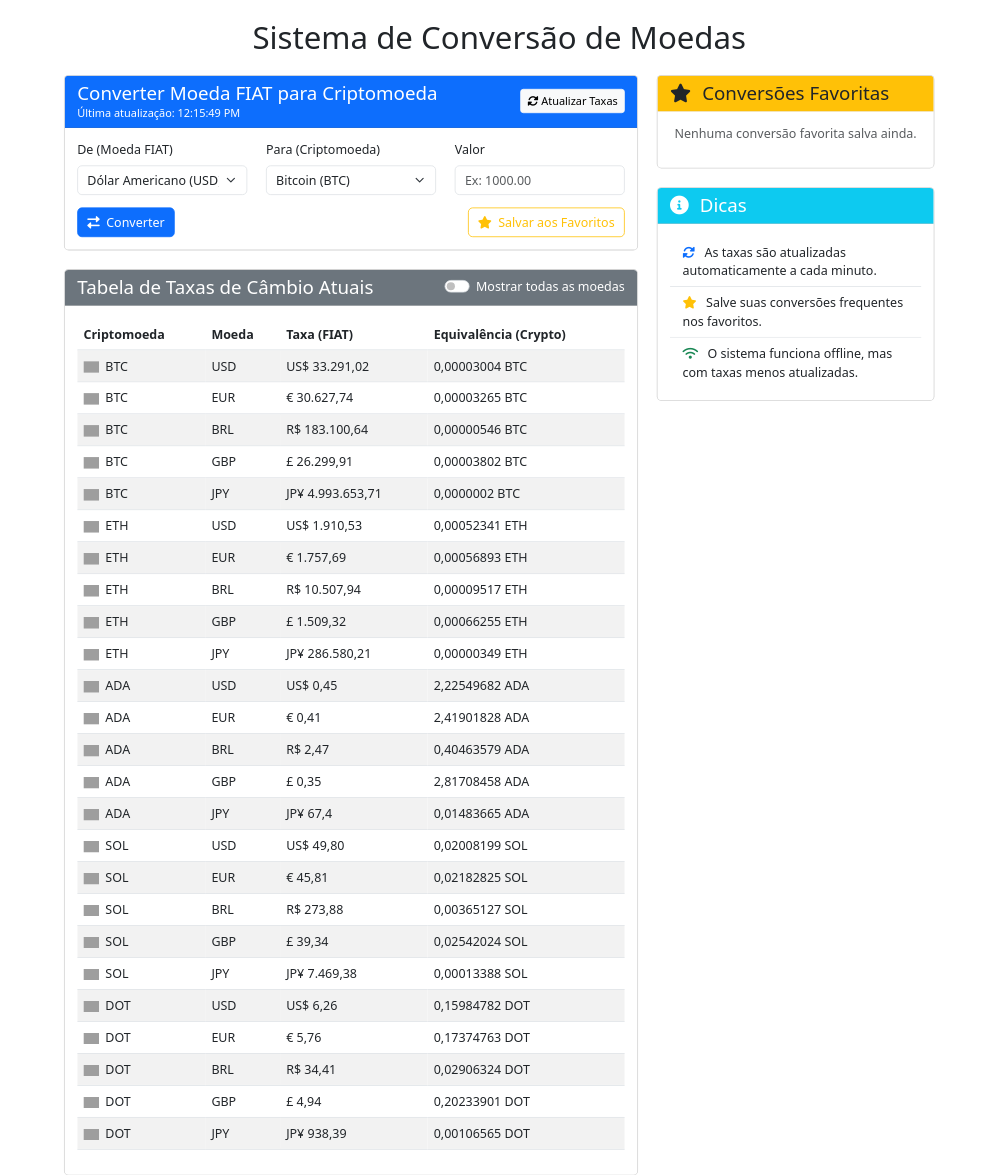
Repository: victorvilanova/crypto-convert-system
Page: index.html
These files come from the project's save history. The page is drawn as it stood at one moment and after the next save; the edit follows.
The browser window is 1280 px wide. The pictures show the whole page, at 78% of full size.
Pictures or frames that could not be fetched are drawn as grey boxes.

Above is the page before, as saved 2025-04-10 22:06:17.

### index.html
<!DOCTYPE html>
<html lang="pt-br">
  <head>
    <meta charset="UTF-8" />
    <meta name="viewport" content="width=device-width, initial-scale=1.0" />
    <title>Sistema de Conversão FIAT para Criptomoedas</title>
    <link
      href="https://cdn.jsdelivr.net/npm/bootstrap@5.3.0/dist/css/bootstrap.min.css"
      rel="stylesheet"
    />
    <link
      rel="stylesheet"
      href="https://cdnjs.cloudflare.com/ajax/libs/font-awesome/6.0.0-beta3/css/all.min.css"
    />
    <link rel="stylesheet" href="assets/css/style.css" />
  </head>
  <body>
    <div
      id="offlineAlert"
      class="alert alert-warning sticky-top"
      style="display: none"
    >
      <strong>Você está offline!</strong> Os dados de taxas podem estar
      desatualizados.
    </div>

    <div class="container mt-4">
      <div class="row">
        <div class="col-md-12">
          <h1 class="text-center mb-4">Sistema de Conversão de Moedas</h1>

          <!-- Área de mensagens temporárias -->
          <div id="message" class="mb-3" style="display: none"></div>

          <div class="row">
            <!-- Coluna principal -->
            <div class="col-lg-8">
              <!-- Conversor -->
              <div class="card mb-4">
                <div
                  class="card-header bg-primary text-white d-flex justify-content-between align-items-center"
                >
                  <div>
                    <h2 class="h4 mb-0">
                      Converter Moeda FIAT para Criptomoeda
                    </h2>
                    <div class="small">
                      Última atualização: <span id="lastUpdate">--:--:--</span>
                    </div>
                  </div>
                  <button id="forceUpdateBtn" class="btn btn-sm btn-light">
                    <i class="fas fa-sync-alt"></i> Atualizar Taxas
                  </button>
                </div>
                <div class="card-body">
                  <form id="converterForm">
                    <div class="row mb-3">
                      <div class="col-md-4">
                        <label for="fromCurrency" class="form-label"
                          >De (Moeda FIAT)</label
                        >
                        <select id="fromCurrency" class="form-select" required>
                          <!-- Opções serão preenchidas pelo JavaScript -->
                        </select>
                      </div>
                      <div class="col-md-4">
                        <label for="toCrypto" class="form-label"
                          >Para (Criptomoeda)</label
                        >
                        <select id="toCrypto" class="form-select" required>
                          <!-- Opções serão preenchidas pelo JavaScript -->
                        </select>
                      </div>
                      <div class="col-md-4">
                        <label for="amount" class="form-label">Valor</label>
                        <input
                          type="number"
                          id="amount"
                          class="form-control"
                          step="0.01"
                          min="0.01"
                          required
                          placeholder="Ex: 1000.00"
                        />
                      </div>
                    </div>
                    <div class="d-flex justify-content-between">
                      <button
                        type="button"
                        id="convertBtn"
                        class="btn btn-primary"
                      >
                        <i class="fas fa-exchange-alt me-1"></i> Converter
                      </button>
                      <button
                        type="button"
                        id="addFavoriteBtn"
                        class="btn btn-outline-warning"
                      >
                        <i class="fas fa-star me-1"></i> Salvar aos Favoritos
                      </button>
                    </div>
                  </form>

                  <div
                    id="loading"
                    class="text-center my-3"
                    style="display: none"
                  >
                    <div class="spinner-border text-primary" role="status">
                      <span class="visually-hidden">Carregando...</span>
                    </div>
                    <p class="mt-2">Processando, aguarde...</p>
                  </div>

                  <div id="result" class="mt-3" style="display: none">
                    <!-- Resultado será exibido aqui pelo JavaScript -->
                  </div>

                  <div id="error" class="mt-3" style="display: none">
                    <!-- Erros serão exibidos aqui pelo JavaScript -->
                  </div>
                </div>
              </div>

              <!-- Tabela de Taxas de Câmbio -->
              <div class="card">
                <div
                  class="card-header bg-secondary text-white d-flex justify-content-between align-items-center"
                >
                  <h2 class="h4 mb-0">Tabela de Taxas de Câmbio Atuais</h2>
                  <div class="form-check form-switch text-white">
                    <input
                      class="form-check-input"
                      type="checkbox"
                      id="showAllCurrencies"
                    />
                    <label class="form-check-label" for="showAllCurrencies"
                      >Mostrar todas as moedas</label
                    >
                  </div>
                </div>
                <div class="card-body">
                  <div class="table-responsive">
                    <table class="table table-striped table-hover">
                      <thead>
                        <tr>
                          <th>Criptomoeda</th>
                          <th>Moeda</th>
                          <th>Taxa (FIAT)</th>
                          <th>Equivalência (Crypto)</th>
                        </tr>
                      </thead>
                      <tbody id="ratesTableBody">
                        <!-- Taxas serão preenchidas pelo JavaScript -->
                      </tbody>
                    </table>
                  </div>
                </div>
              </div>
            </div>

            <!-- Coluna lateral -->
            <div class="col-lg-4">
              <!-- Favoritos -->
              <div class="card mb-4">
                <div class="card-header bg-warning text-dark">
                  <h2 class="h4 mb-0">
                    <i class="fas fa-star me-2"></i> Conversões Favoritas
                  </h2>
                </div>
                <div class="card-body">
                  <div id="favoritesContainer">
                    <!-- Favoritos serão preenchidos pelo JavaScript -->
                  </div>
                </div>
              </div>

              <!-- Dicas -->
              <div class="card">
                <div class="card-header bg-info text-white">
                  <h2 class="h4 mb-0">
                    <i class="fas fa-info-circle me-2"></i> Dicas
                  </h2>
                </div>
                <div class="card-body">
                  <ul class="list-group list-group-flush">
                    <li class="list-group-item">
                      <i class="fas fa-sync-alt text-primary me-2"></i>
                      As taxas são atualizadas automaticamente a cada minuto.
                    </li>
                    <li class="list-group-item">
                      <i class="fas fa-star text-warning me-2"></i>
                      Salve suas conversões frequentes nos favoritos.
                    </li>
                    <li class="list-group-item">
                      <i class="fas fa-wifi text-success me-2"></i>
                      O sistema funciona offline, mas com taxas menos
                      atualizadas.
                    </li>
                  </ul>
                </div>
              </div>
            </div>
          </div>
        </div>
      </div>
    </div>

    <!-- Importando o ponto de entrada da aplicação como um módulo ES6 -->
    <script type="module" src="assets/js/app.js"></script>
  </body>
</html>

### assets/js/services/ratesService.js
/**
 * ratesService.js
 * Serviço responsável por gerenciar as taxas de câmbio
 */

// Simulated rates - in a real application these would come from an API
let cryptoRates = {
    USD: {
        BTC: 35000,   // 1 BTC = $35,000 USD
        ETH: 2000,    // 1 ETH = $2,000 USD
        ADA: 0.45,    // 1 ADA = $0.45 USD
        SOL: 50,      // 1 SOL = $50 USD
        DOT: 6        // 1 DOT = $6 USD
    }
};

// Exchange rates for other currencies relative to USD
const fiatExchangeRates = {
    EUR: 0.92,        // 1 USD = 0.92 EUR
    BRL: 5.50,        // 1 USD = 5.50 BRL
    GBP: 0.79,        // 1 USD = 0.79 GBP
    JPY: 150          // 1 USD = 150 JPY
};

/**
 * Calcula as taxas para todas as moedas com base nas taxas em USD
 */
function calculateAllRates() {
    // Start with USD rates
    const usdRates = cryptoRates.USD;

    // For each fiat currency, calculate crypto rates based on USD
    Object.keys(fiatExchangeRates).forEach(fiatCurrency => {
        const fiatToUsdRate = fiatExchangeRates[fiatCurrency];
        cryptoRates[fiatCurrency] = {};

        // For each crypto, calculate its rate in this fiat currency
        Object.keys(usdRates).forEach(crypto => {
            const cryptoToUsdRate = usdRates[crypto];
            // Rate in fiat = Rate in USD * USD to Fiat rate
            cryptoRates[fiatCurrency][crypto] = cryptoToUsdRate * fiatToUsdRate;
        });
    });
}

/**
 * Atualiza as taxas de criptomoedas (simuladas ou de API)
 * @returns {Promise} Uma promise que resolve quando as taxas são atualizadas
 */
async function updateRates() {
    // Simulated API call
    return new Promise((resolve) => {
        setTimeout(() => {
            // Add some random variation to USD rates to simulate market changes (±5%)
            Object.keys(cryptoRates.USD).forEach(crypto => {
                const currentRate = cryptoRates.USD[crypto];
                const variation = (Math.random() * 0.1) - 0.05; // -5% to +5%
                cryptoRates.USD[crypto] = currentRate * (1 + variation);
            });

            // Recalculate rates for all currencies
            calculateAllRates();
            resolve(cryptoRates);
        }, 1000); // Simulate 1 second delay
    });
}

/**
 * Obtém as taxas atuais
 * @returns {Object} Objeto com as taxas de câmbio
 */
function getRates() {
    return cryptoRates;
}

/**
 * Converte uma quantidade de moeda FIAT para criptomoeda
 * @param {string} fromCurrency - Moeda FIAT de origem
 * @param {string} toCrypto - Criptomoeda de destino
 * @param {number} amount - Quantidade a converter
 * @returns {number} Resultado da conversão em criptomoeda
 */
function convertCurrency(fromCurrency, toCrypto, amount) {
    // Verificar se temos taxas para esta conversão
    if (!cryptoRates[fromCurrency] || !cryptoRates[fromCurrency][toCrypto]) {
        throw new Error(`Taxas não disponíveis para conversão de ${fromCurrency} para ${toCrypto}`);
    }

    // Taxa: quanto custa 1 unidade de criptomoeda em moeda FIAT
    const rate = cryptoRates[fromCurrency][toCrypto];

    // Resultado: quantidade em cripto = quantidade em FIAT / preço da cripto
    return amount / rate;
}

// Initialize rates when module is loaded
calculateAllRates();

// Export functions
export {
    updateRates,
    getRates,
    convertCurrency
};

### assets/js/ui/uiController.js
/**
 * uiController.js
 * Controlador responsável pela interface do usuário
 */

// DOM Elements for UI updates
const resultContainer = document.getElementById('result');
const errorContainer = document.getElementById('error');
const loadingContainer = document.getElementById('loading');
const ratesTableBody = document.getElementById('ratesTableBody');
const messageContainer = document.getElementById('message');

/**
 * Mostra a área de carregamento
 */
function showLoading() {
    loadingContainer.style.display = 'block';
    resultContainer.style.display = 'none';
    errorContainer.style.display = 'none';
}

/**
 * Esconde a área de carregamento
 */
function hideLoading() {
    loadingContainer.style.display = 'none';
}

/**
 * Exibe uma mensagem de erro
 * @param {string} message - Mensagem de erro a ser exibida
 */
function showError(message) {
    errorContainer.style.display = 'block';
    errorContainer.innerHTML = `<div class="alert alert-danger">${message}</div>`;
    resultContainer.style.display = 'none';
}

/**
 * Exibe o resultado da conversão
 * @param {string} fromCurrency - Moeda de origem
 * @param {string} toCrypto - Criptomoeda de destino
 * @param {number} amount - Quantidade a converter
 * @param {number} result - Resultado da conversão
 */
function displayResult(fromCurrency, toCrypto, amount, result) {
    resultContainer.style.display = 'block';
    errorContainer.style.display = 'none';

    const formattedAmount = amount.toLocaleString('pt-BR', { style: 'currency', currency: fromCurrency });
    const formattedResult = result.toLocaleString('pt-BR', { maximumFractionDigits: 8 });

    resultContainer.innerHTML = `
        <div class="alert alert-success">
            <h4 class="alert-heading">Resultado da Conversão</h4>
            <p class="mb-0">
                ${formattedAmount} = <strong>${formattedResult} ${toCrypto}</strong>
            </p>
            <hr>
            <p class="mb-0 small">
                Taxa de conversão: 1 ${toCrypto} = ${(amount / result).toLocaleString('pt-BR', {
                    style: 'currency',
                    currency: fromCurrency,
                    maximumFractionDigits: 2
                })}
            </p>
        </div>
    `;
}

/**
 * Mostra uma mensagem temporária ao usuário
 * @param {string} text - Texto a ser exibido
 * @param {string} type - Tipo da mensagem (success, danger, warning, info)
 * @param {number} duration - Duração em ms para a mensagem desaparecer (opcional)
 */
function showMessage(text, type = 'info', duration = 3000) {
    messageContainer.innerHTML = `<div class="alert alert-${type} alert-dismissible fade show" role="alert">
        ${text}
        <button type="button" class="btn-close" data-bs-dismiss="alert" aria-label="Close"></button>
    </div>`;
    messageContainer.style.display = 'block';

    if (duration) {
        setTimeout(() => {
            messageContainer.style.display = 'none';
        }, duration);
    }
}

/**
 * Atualiza a tabela de taxas na UI
 * @param {Object} rates - Objeto com as taxas de câmbio
 * @param {boolean} showAll - Se deve mostrar todas as moedas ou apenas as principais
 */
function updateUIWithRates(rates, showAll = false) {
    ratesTableBody.innerHTML = '';

    // Filtrar as moedas principais se não estiver mostrando todas
    let currenciesToShow = Object.keys(rates);
    const mainCurrencies = ['USD', 'EUR', 'BRL', 'GBP', 'JPY'];

    if (!showAll) {
        currenciesToShow = currenciesToShow.filter(currency =>
            mainCurrencies.includes(currency));
    }

    // Criar as linhas da tabela
    const cryptoCurrencies = ['BTC', 'ETH', 'ADA', 'SOL', 'DOT'];

    cryptoCurrencies.forEach(crypto => {
        currenciesToShow.forEach(currency => {
            if (rates[currency] && rates[currency][crypto]) {
                const rate = rates[currency][crypto];
                const tr = document.createElement('tr');

                // Calcular equivalência (quanto de crypto equivale a 1 unidade de moeda)
                const equivalence = 1 / rate;

                tr.innerHTML = `
                    <td><img src="assets/images/crypto/${crypto.toLowerCase()}.png" alt="${crypto}" width="20" class="me-2">${crypto}</td>
                    <td>${currency}</td>
                    <td>${rate.toLocaleString('pt-BR', {
                        style: 'currency',
                        currency: currency,
                        maximumFractionDigits: 2
                    })}</td>
                    <td>${equivalence.toLocaleString('pt-BR', {
                        maximumFractionDigits: 8
                    })} ${crypto}</td>
                `;
                ratesTableBody.appendChild(tr);
            }
        });
    });
}

export {
    showLoading,
    hideLoading,
    showError,
    displayResult,
    showMessage,
    updateUIWithRates
};

### assets/js/storage/favoritesManager.js
/**
 * favoritesManager.js
 * Gerencia o armazenamento e exibição de conversões favoritas
 */
import { convertCurrency } from '../services/ratesService.js';

// DOM Element
const favoritesContainer = document.getElementById('favoritesContainer');

// Local Storage key
const FAVORITES_STORAGE_KEY = 'crypto_favorites';

/**
 * Salva uma conversão favorita
 * @param {string} fromCurrency - Moeda FIAT de origem
 * @param {string} toCrypto - Criptomoeda de destino
 * @param {number} amount - Quantidade a converter
 */
function saveFavorite(fromCurrency, toCrypto, amount) {
    const favorites = loadFavorites();

    // Create favorite object
    const favorite = {
        id: Date.now(), // Use timestamp as unique ID
        fromCurrency,
        toCrypto,
        amount,
        createdAt: new Date().toISOString()
    };

    // Add to favorites array
    favorites.push(favorite);

    // Save to localStorage
    localStorage.setItem(FAVORITES_STORAGE_KEY, JSON.stringify(favorites));

    return favorite;
}

/**
 * Carrega as conversões favoritas do localStorage
 * @returns {Array} Array com as conversões favoritas
 */
function loadFavorites() {
    const favoritesJson = localStorage.getItem(FAVORITES_STORAGE_KEY);
    return favoritesJson ? JSON.parse(favoritesJson) : [];
}

/**
 * Remove uma conversão favorita
 * @param {number} id - ID da conversão favorita a remover
 */
function removeFavorite(id) {
    const favorites = loadFavorites();
    const updatedFavorites = favorites.filter(fav => fav.id !== id);
    localStorage.setItem(FAVORITES_STORAGE_KEY, JSON.stringify(updatedFavorites));
    renderFavorites();
}

/**
 * Renderiza as conversões favoritas na UI
 */
function renderFavorites() {
    const favorites = loadFavorites();

    if (favorites.length === 0) {
        favoritesContainer.innerHTML = '<p class="text-muted text-center">Nenhuma conversão favorita salva ainda.</p>';
        return;
    }

    favoritesContainer.innerHTML = '';
    const favsList = document.createElement('div');
    favsList.className = 'list-group';

    favorites.forEach(favorite => {
        try {
            // Try to calculate current value based on latest rates
            const currentResult = convertCurrency(
                favorite.fromCurrency,
                favorite.toCrypto,
                favorite.amount
            );

            const listItem = document.createElement('div');
            listItem.className = 'list-group-item list-group-item-action';

            const formattedAmount = favorite.amount.toLocaleString('pt-BR', {
                style: 'currency',
                currency: favorite.fromCurrency
            });

            const formattedResult = currentResult.toLocaleString('pt-BR', {
                maximumFractionDigits: 8
            });

            listItem.innerHTML = `
                <div class="d-flex w-100 justify-content-between">
                    <h6 class="mb-1">${formattedAmount} → ${favorite.toCrypto}</h6>
                    <button class="btn btn-sm btn-outline-danger delete-favorite"
                            data-id="${favorite.id}">
                        <i class="fas fa-trash"></i>
                    </button>
                </div>
                <p class="mb-1">${formattedResult} ${favorite.toCrypto}</p>
                <small class="text-muted">
                    Adicionado em ${new Date(favorite.createdAt).toLocaleDateString('pt-BR')}
                </small>
            `;

            favsList.appendChild(listItem);
        } catch (error) {
            console.error('Error rendering favorite:', error);
        }
    });

    favoritesContainer.appendChild(favsList);

    // Add event listeners for delete buttons
    document.querySelectorAll('.delete-favorite').forEach(button => {
        button.addEventListener('click', (e) => {
            e.preventDefault();
            const id = parseInt(button.getAttribute('data-id'));
            removeFavorite(id);
        });
    });
}

export {
    saveFavorite,
    loadFavorites,
    removeFavorite,
    renderFavorites
};

### assets/js/utils/offlineManager.js
/**
 * offlineManager.js
 * Gerencia a detecção de conexão offline e seus efeitos na aplicação
 */

// DOM element
const offlineAlert = document.getElementById('offlineAlert');

/**
 * Configura a detecção de conexão offline/online
 */
function setupOfflineDetection() {
    // Check initial status
    updateOfflineStatus();

    // Add event listeners for online/offline events
    window.addEventListener('online', updateOfflineStatus);
    window.addEventListener('offline', updateOfflineStatus);
}

/**
 * Atualiza o status de conexão na interface
 */
function updateOfflineStatus() {
    if (navigator.onLine) {
        offlineAlert.style.display = 'none';
    } else {
        offlineAlert.style.display = 'block';
    }
}

export {
    setupOfflineDetection
};

Loaded but not shown: assets/js/app.js (198 lines, source omitted); assets/css/style.css (no stored copy; drawn as an empty file)

After the next save:
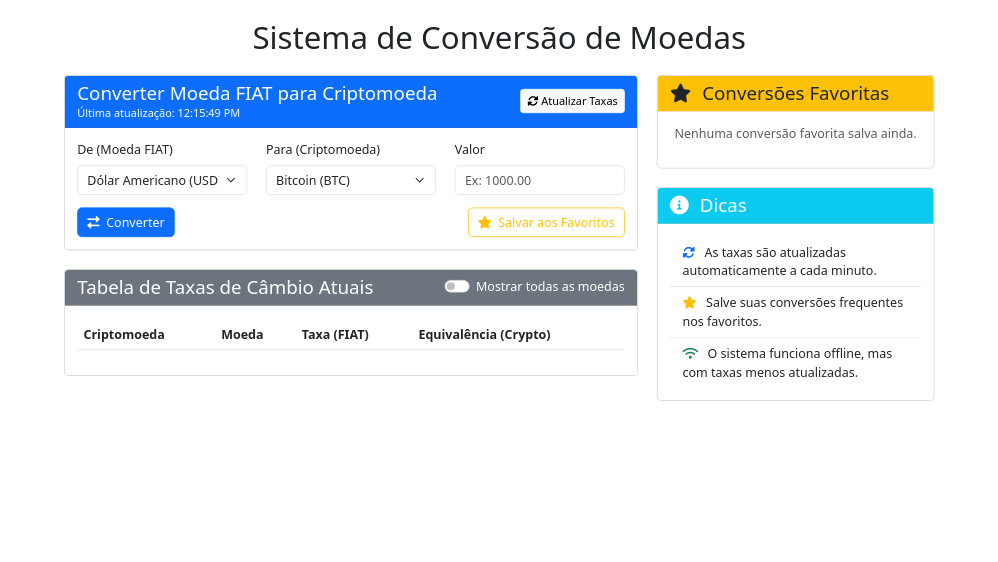
Saved 98 s later.
--- a/assets/js/ui/uiController.js
+++ b/assets/js/ui/uiController.js
@@ -88,33 +88,70 @@ function showMessage(text, type = 'info', duration = 3000) {
     }
 }
 
+// Load currency options
+function loadCurrencyOptions() {
+    // FIAT currencies
+    const fiatCurrencies = [
+        { code: 'BRL', name: 'Real Brasileiro' },
+        { code: 'USD', name: 'Dólar Americano' },
+        { code: 'EUR', name: 'Euro' },
+        { code: 'GBP', name: 'Libra Esterlina' },
+        { code: 'JPY', name: 'Iene Japonês' }
+    ];
+
+    // Cryptocurrencies
+    const cryptoCurrencies = [
+        { code: 'USDT', name: 'Tether' },
+        { code: 'BTC', name: 'Bitcoin' },
+        { code: 'ETH', name: 'Ethereum' },
+        { code: 'ADA', name: 'Cardano' },
+        { code: 'SOL', name: 'Solana' },
+        { code: 'DOT', name: 'Polkadot' }
+    ];
+
+    // Populate selects
+    populateSelect(fromCurrencySelect, fiatCurrencies);
+    populateSelect(toCryptoSelect, cryptoCurrencies);
+
+    // Set default values to BRL and USDT
+    if (fromCurrencySelect) fromCurrencySelect.value = 'BRL';
+    if (toCryptoSelect) toCryptoSelect.value = 'USDT';
+}
+
 /**
  * Atualiza a tabela de taxas na UI
  * @param {Object} rates - Objeto com as taxas de câmbio
  * @param {boolean} showAll - Se deve mostrar todas as moedas ou apenas as principais
  */
 function updateUIWithRates(rates, showAll = false) {
+    if (!ratesTableBody) return;
+
     ratesTableBody.innerHTML = '';
 
-    // Filtrar as moedas principais se não estiver mostrando todas
-    let currenciesToShow = Object.keys(rates);
-    const mainCurrencies = ['USD', 'EUR', 'BRL', 'GBP', 'JPY'];
+    // By default, only show BRL
+    let currenciesToShow = ['BRL'];
 
-    if (!showAll) {
-        currenciesToShow = currenciesToShow.filter(currency =>
-            mainCurrencies.includes(currency));
+    // If showAll is true, show all currencies
+    if (showAll) {
+        currenciesToShow = Object.keys(rates);
     }
 
-    // Criar as linhas da tabela
-    const cryptoCurrencies = ['BTC', 'ETH', 'ADA', 'SOL', 'DOT'];
+    // By default, only show USDT
+    let cryptosToShow = ['USDT'];
 
-    cryptoCurrencies.forEach(crypto => {
+    // If showAll is true, show all cryptos
+    if (showAll) {
+        cryptosToShow = ['BTC', 'ETH', 'USDT', 'ADA', 'SOL', 'DOT'];
+    }
+
+    // Create table rows
+    cryptosToShow.forEach(crypto => {
         currenciesToShow.forEach(currency => {
             if (rates[currency] && rates[currency][crypto]) {
                 const rate = rates[currency][crypto];
                 const tr = document.createElement('tr');
 
-                // Calcular equivalência (quanto de crypto equivale a 1 unidade de moeda)
+                // Calculate equivalence (how much crypto equals 1 unit of currency)
                 const equivalence = 1 / rate;
 
                 tr.innerHTML = `
